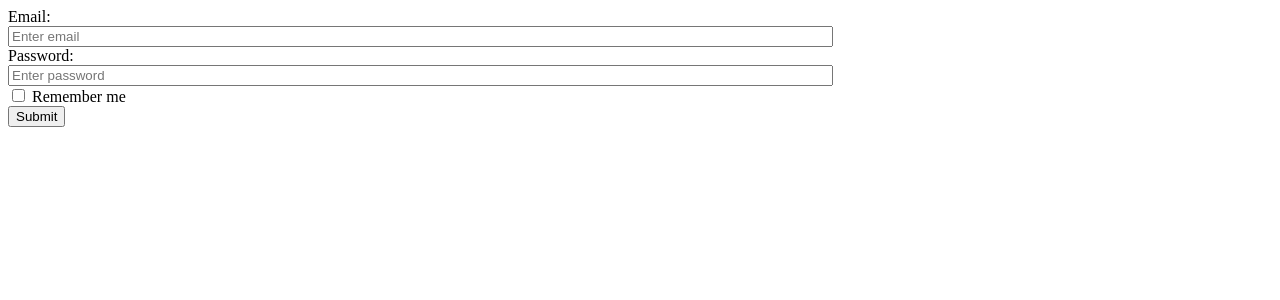
Repository: Adriansen8/GamerArts
Page: http://localhost/html/registro.php
These files come from the project's save history. The page is drawn as it stood at one moment and after the next save; the edit follows.
The browser window is 1280 px wide. The pictures show the whole page.
The page is run by PHP 8.4 with error messages shown; the project is at /var/www/html/.

Above is the page before, as saved 2016-03-21 17:26:20.

### Proyecto/html/registro.php
<!DOCTYPE html>


<?php


?>
  <div id="formularioRegistro">
    <form class="form-horizontal" role="form">
      <div class="form-group">
        <label class="control-label col-sm-2" for="email">Email:</label>
        <div class="col-sm-4">
          <input type="email" size="100" class="form-control" id="email" placeholder="Enter email">
        </div>
      </div>
      <div class="form-group">
        <label class="control-label col-sm-2" for="pwd">Password:</label>
        <div class="col-sm-4">
          <input type="password" size="100" class="form-control" id="pwd" placeholder="Enter password">
        </div>
      </div>
      <div class="form-group">
        <div class="col-sm-offset-2 col-sm-10">
          <div class="checkbox">
            <label><input type="checkbox"> Remember me</label>
          </div>
        </div>
      </div>
      <div class="form-group">
        <div class="col-sm-offset-2 col-sm-10">
          <button type="submit" class="btn btn-default">Submit</button>
        </div>
      </div>
    </form>
  </div>

After the next save:
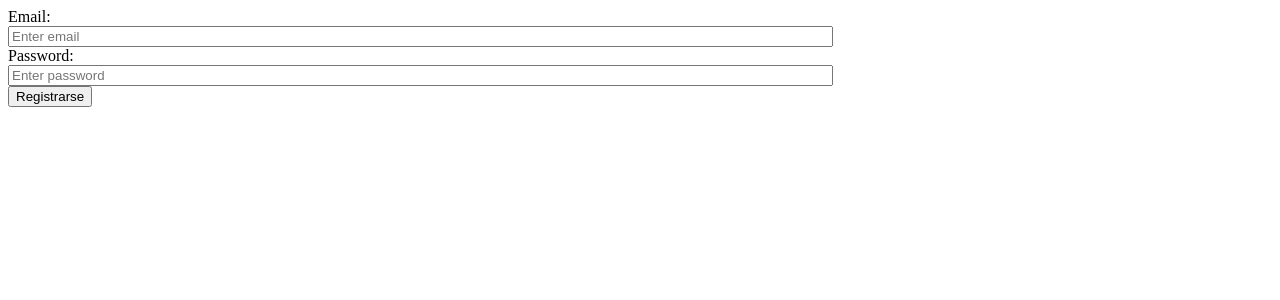
Saved 17 h 44 min later.
--- a/Proyecto/html/registro.php
+++ b/Proyecto/html/registro.php
@@ -21,14 +21,7 @@
       </div>
       <div class="form-group">
         <div class="col-sm-offset-2 col-sm-10">
-          <div class="checkbox">
-            <label><input type="checkbox"> Remember me</label>
-          </div>
-        </div>
-      </div>
-      <div class="form-group">
-        <div class="col-sm-offset-2 col-sm-10">
-          <button type="submit" class="btn btn-default">Submit</button>
+          <button type="submit" class="btn btn-default">Registrarse</button>
         </div>
       </div>
     </form>
